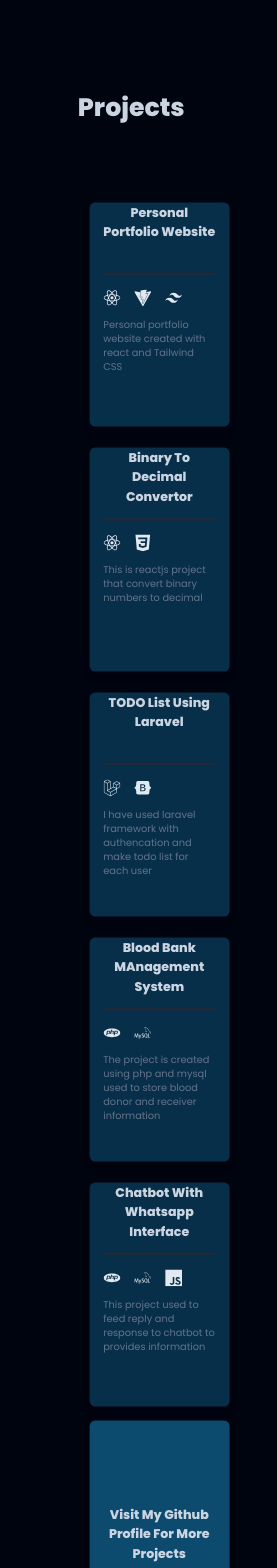
Repository: sibi24sibi/MyPersonalPortfolio
Page: /
An editor plug-in stored every save of this project. The page is shown before and after the next save, followed by the edit.
The browser window is 375 px wide. The page is 395 px wide, so the pictures cover 395 px, including what lies to the right of the window. The pictures show the part of the page from y = 1938 to 4178 px (the page is 5396 px tall), at 70% of full size.
The project was rebuilt for these pictures with package versions that can differ from the ones it lists, and the page was loaded fresh each time. Also part of the build but not shown: vite.config.js, src/components/Menu.jsx, src/components/Footer.jsx.

Above is the page before, as saved 2024-05-03 20:24:34.

### index.html
<!DOCTYPE html>
<html lang="en">

<head>
  <meta charset="UTF-8" />
  <link rel="icon" type="image/svg+xml" href="" />
  <meta name="viewport" content="width=device-width, initial-scale=1 , maximum-scale=1 ,user-scalable=no" />
  <title>
    Personal Portfolio
  </title>
</head>

<body className="darkMode">
  <div id="root" className="px-5 w-screen"></div>
  <script type="module" src="/src/main.jsx"></script>
</body>

</html>

### src/index.css
@import url('https://fonts.googleapis.com/css2?family=Poppins:wght@300;400;500;600;800&display=swap');
@tailwind base;
@tailwind components;
@tailwind utilities;

html {
    @apply overflow-x-hidden scroll-smooth
}

body {

    @apply dark:bg-[#00040f] bg-[#e2e2e2ab]
}

### src/App.jsx
import Navbar from "./components/Navbar";
import About from "./components/About";

import Education from "./components/Education";
import Projects from "./components/Projects";
import Skills from "./components/Skills";

import HashLoader from "react-spinners/HashLoader";
import CTA from "./components/CTA";
import MyEmailLayout from "./components/email";
import Footer from "./components/Footer";


import { useState, useEffect } from "react";

const override = {
  display: "flex",
  justifyContent: "center",
  alignItems: "center",
  marginTop: "5rem",
  borderColor: "red",
};

const App = () => {
  const [loading, setLoading] = useState(true);

  useEffect(() => {
    setLoading(true);
    setTimeout(() => {
      setLoading(false);
    }, 3000);
  }, []);
  return (
    <>
      {loading ? (
        <div className="flex h-screen w-screen justify-center items-center bg-[#00040f] ">
          <HashLoader
            color="#0891b2"
            loading={loading}
            cssOverride={override}
            size={90}
            aria-label="Loading Spinner"
            data-testid="loader"
          />
        </div>
      ) : (
        <div className=" flex flex-col justify-center items-center">
          <Navbar></Navbar>
          <About></About>
          <Skills></Skills>
          <Education></Education>
          <Projects></Projects>
          <CTA></CTA>
          <MyEmailLayout></MyEmailLayout>
          {/* <Footer></Footer> */}
        </div>
      )}
    </>
  );
};
export default App;

### src/components/Navbar.jsx
import { CgMenuRightAlt } from "react-icons/cg";
import { HiSun, HiMoon } from "react-icons/hi";
import { useState, useEffect } from "react";
import Menu from "./Menu";

const Navbar = () => {
  const [nav, setNav] = useState(false);

  const [theme, setTheme] = useState("light");

  useEffect(() => {
    if (theme === "dark") {
      document.documentElement.classList.remove("dark");
    } else {
      document.documentElement.classList.add("dark");
    }
  }, [theme]);

  const handleTheme = () => {
    setTheme(theme === "dark" ? "light" : "dark");
  };

  return (
    <>
      <section className="NAVBAR sticky top-0 backdrop-blur-[5px] z-10 pt-5  translate-x-[20px] min-w-full mt-5 font-['Poppins']  max-sm:p-2 max-sm:mx-1 max-sm:max-h-[48px] ">
        <div className="flex  justify-between capitalize md:ml-9 sm:ml-2">
          <div className="LOGO ">
            <a
              href="#"
              className="text-3xl bg-gradient-to-r from-blue-600 to-cyan-600 bg-clip-text text-transparent dark:text-cyan-500 max-sm:text-2xl"
            >
              {"Portfolio"}
            </a>
          </div>
          <div className="NAVLINKS min-w-full pr-9 text-[20px] translate-x-[-160px]  max-sm:hidden flex justify-end gap-12 text-[#00040f] dark:text-[#e1e1e1] ">
            <a href="#about" className=" hover:text-cyan-500">
              Home
            </a>
            <a href="#experience" className="hover:text-cyan-500">
              Experience
            </a>
            {/* <a href="#education" className="hover:text-cyan-500 ">
              Education
            </a> */}
            <a href="#projects" className="hover:text-cyan-500 ">
              Projects
            </a>
            <a href="#contact" className="hover:text-cyan-500 ">
              Contact
            </a>

            <button onClick={handleTheme}>
              {theme === "dark" ? (
                <HiMoon className="-translate-y-1 text-2xl" />
              ) : (
                <HiSun className="-translate-y-1 text-2xl" />
              )}
            </button>

            </div>
            </div>
          <button onClick={() => setNav(!nav)}>
            <CgMenuRightAlt className="hidden max-sm:block mr-5   absolute top-2  right-10 md:transform-none text-[#00040f] dark:text-[#e1e1e1] text-[32px]" />
          </button>


        {nav && <Menu />}

      </section>



    </>
  );
};
export default Navbar;

### src/components/About.jsx
import Lottie from "lottie-react";
import computer from "../assets/lottie/computer.json";

const About = () => {
  return (
    <>
      <section
        id="about"
        className="p-5 mx-2 mb-10 font-medium font-['Poppins'] max-w-6xl max-sm:p-2 max-sm:mx-5"
      >
        <div className="WRAPPER mt-12 flex justify-between max-sm:flex-col gap-35">
        <div className="INTRO text-[70px] leading-[80px] font-semibold max-sm:text-[40px] max-sm:leading-[70px] max-sm:font-semibold">
            <h3 className="text-[#00040f] dark:text-white">
              Hi, there! <br />I am
            </h3>
            <span className="bg-clip-text text-transparent bg-gradient-to-r  from-blue-600 to-cyan-600 dark:from-cyan-500 dark:to-slate-200">
             Sibi Chakraborthy.

            </span>

            <p className="ABOUT h-[100px] text-xl max-sm:text-[15px] bg-clip-text text-transparent  bg-gradient-to-r  from-[#00040f] to-slate-500 dark:from-slate-500 dark:to-slate-200 max-w-[470px] mt-5 pl-1">
            Design is not just what it looks like and feels like. Design is how it works.
            </p>
          </div>
        <div className="div">
          <Lottie
            animationData={computer}
            loop={true}
            className="max-w-[650px] "
          />
          </div>
        </div>
      </section>
    </>
  );
};
export default About;

### src/components/Education.jsx
import Lottie from "lottie-react";
import education from "../assets/lottie/education.json";
import SAEC from "../assets/SAEC.png";
import AOS from "aos";

import { useEffect } from "react";

const Education = () => {
  useEffect(() => {
    AOS.init();
  }, []);
  return (
    <section
      id="education"
      className="EXPERIENCE max-w-6xl p-5 mx-20 mb-25 font-['Poppins']  max-sm:p-2 max-sm:mx-5"
    >
      <div className="WRAPPER mt-10">
        <h1 className="text-[#00040f] dark:text-slate-300 text-center font-extrabold text-5xl mb-5 max-sm:text-4xl   ">
          Education
        </h1>

        <div
          className="EDUCATION flex gap-7 justify-between flex-row-reverse max-sm:flex-col"
          data-aos="fade-right"
        >
          <div className="max-w-[520px] mt-[52px] p-7 max-sm:p-3">
            <div className="flex gap-5">
              <img
                src={SAEC}
                alt="SAEC"
                className="w-[150px] h-[100px]"
              />
              <h1 className="bg-clip-text text-transparent bg-gradient-to-r max-sm:text-[17px] from-amber-500 via-orange-600 to-yellow-500 dark:from-[#ff6600] dark:to-slate-100 font-semibold text-2xl w-[300px] h-[100px] tracking-wider ">
                Syed Ammal engineering college
              </h1>
            </div>

            <div className="mt-7 flex flex-col gap-5 text-left pl-4">
              <h3 className="capitalize  text-slate-800 dark:text-slate-300 text-xl max-sm:text-lg">
                Bachelor of technology
              </h3>
              <p className="italic capitalize text-gray-500 dark:text-slate-500 text-xl max-sm:text-lg leading-9">
                November 2020 - May 2024
              </p>

              <p className="capitalize text-gray-500 dark:text-slate-500 text-xl max-sm:text-lg leading-9">
                Computer Science and Engineering
              </p>
            </div>
          </div>
          <Lottie
            animationData={education}
            loop={true}
            className="max-w-[500px]"
          />
        </div>
      </div>
    </section>
  );
};
export default Education;

### src/components/Projects.jsx
import Project_prop from "./Project_prop";
import {
  GPT4,
  Portfolio,
  Rocket,
  WellBeing,
  Game,
} from "../constants/Constant";
import Tooltip from "@mui/material/Tooltip";
import IconButton from "@mui/material/IconButton";
import AOS from "aos";
import "aos/dist/aos.css";
import { useEffect } from "react";
import {
  SiReact,
  SiTailwindcss,
  SiVite,
  SiHtml5,
  SiCss3,
  SiJavascript,
  SiLaravel,
  SiBootstrap,
  SiPhp,
  SiWordpress,
  SiMysql,
} from "react-icons/si";

const Projects = () => {
  useEffect(() => {
    AOS.init();
  }, []);
  return (

<>

<section
      id="projects"
      className="EXPERIENCE p-5 mx-5 min-h-screen font-['Poppins']   max-sm:p-2 max-sm:mx-5"
    >
<h1 className="text-[#00040f] dark:text-slate-300 text-center font-extrabold text-5xl mb-24  max-sm:text-4xl  ">
          Projects
</h1>
<div className="container flex justify-center flex-col md:flex-row">


<Project_prop
            title="Personal Portfolio Website"
            para="Personal portfolio website created with react and Tailwind CSS"
            img={Portfolio}
            link=""
            github_link=""
            react={
              <Tooltip title="React" arrow>
                <IconButton>
                  <SiReact className="dark:text-slate-200 text-black" />
                </IconButton>
              </Tooltip>
            }
            tailwindcss={
              <Tooltip title="TailWind CSS" arrow>
                <IconButton>
                  <SiTailwindcss className=" dark:text-slate-200 text-black" />
                </IconButton>
              </Tooltip>
            }
            vite={
              <Tooltip title="Vite" arrow>
                <IconButton>
                  <SiVite className=" dark:text-slate-200 text-black" />
                </IconButton>
              </Tooltip>
            }


  />
<Project_prop
            title="Binary to decimal convertor"
            para="This is reactjs project that convert binary numbers to decimal"
            img={Portfolio}
            link=""
            github_link=""
            react={
              <Tooltip title="React" arrow>
                <IconButton>
                  <SiReact className="dark:text-slate-200 text-black" />
                </IconButton>
              </Tooltip>
            }
            css3={
              <Tooltip title="React" arrow>
                <IconButton>
                  <SiCss3 className="dark:text-slate-200 text-black" />
                </IconButton>
              </Tooltip>
            }
  />


<Project_prop
            title="TODO List using Laravel"
            para="I have used laravel framework with authencation and make todo list for each user"
            img={Portfolio}
            link=""
            github_link=""
            laravel={
              <Tooltip title="Laravel" arrow>
                <IconButton>
                  <SiLaravel className=" dark:text-slate-200 text-black" />
                </IconButton>
              </Tooltip>
            }
            bootstrap={
              <Tooltip title="Bootstrap" arrow>
                <IconButton>
                  <SiBootstrap className=" dark:text-slate-200 text-black" />
                </IconButton>
              </Tooltip>
            }

  />
  <Project_prop
            title="Blood Bank MAnagement System"
            para="The project is created using php and mysql used to store blood donor and receiver information"
            img={Portfolio}
            link=""
            github_link=""
            php={
              <Tooltip title="PHP" arrow>
                <IconButton>
                  <SiPhp className=" dark:text-slate-200 text-black" />
                </IconButton>
              </Tooltip>
            }
            mysql={
              <Tooltip title="Mysql" arrow>
                <IconButton>
                  <SiMysql className=" dark:text-slate-200 text-black" />
                </IconButton>
              </Tooltip>
            }

  />
  <Project_prop
            title="Chatbot with Whatsapp interface"
            para="This project used to feed reply and response to chatbot to provides information"
            img={Portfolio}
            link=""
            github_link=""
            php={
              <Tooltip title="PHP" arrow>
                <IconButton>
                  <SiPhp className=" dark:text-slate-200 text-black" />
                </IconButton>
              </Tooltip>
            }
            mysql={
              <Tooltip title="Mysql" arrow>
                <IconButton>
                  <SiMysql className=" dark:text-slate-200 text-black" />
                </IconButton>
              </Tooltip>
            }
            javascript={
              <Tooltip title="JavaScript" arrow>
                <IconButton>
                  <SiJavascript className=" dark:text-slate-200 text-black" />
                </IconButton>
              </Tooltip>
            }
  />
  <div className="card flex bg-blue-200 dark:bg-sky-900 rounded-lg shadow-lg items-center justify-center ">
        <h3
        className=" title capitalize font-bold h-20 text-slate-800 dark:text-slate-300 text-xl max-sm:text-lg m-5 text-center "
        >
          Visit my Github Profile for more projects
        </h3>

  </div>

  </div>
</section>

</>



  );
};
export default Projects;

### src/components/Skills.jsx
import {
  HTML,
  CSS,
  Github,
  Git,
  Vite,
  TailwindCSS,
  react,
  Python,
  Javascript,
  CPP,
  C,
  Vue,
  nodejs
} from "../constants/Constant";

import AOS from "aos";
import "aos/dist/aos.css";
import { useEffect } from "react";
import Image from "./Img_prop";

const Skills = () => {
  useEffect(() => {
    AOS.init();
  }, []);
  return (
    <>
      <section className="EXPERIENCE p-5  mb-10 max-w-6xl  font-['Poppins']  max-sm:p-2 max-sm:mx-5">
        <div>
        <h1 className="text-[#00040f] dark:text-slate-300 font-extrabold text-5xl text-center max-sm:text-4xl ">
          SKILLS
        </h1>
        </div>
        <div
          className=" grid place-content-start  grid-cols-3 gap-4 max-sm:p-2 mt-10"
          data-aos="zoom-out-up"
        >
          <Image img={HTML}></Image>
          <Image img={CSS}></Image>
          <Image img={Javascript}></Image>
          <Image img={react}></Image>
          <Image img={TailwindCSS}></Image>
          {/* <Image img={Vue}></Image>
          <Image img={CPP}></Image>
          <Image img={C}></Image> */}
          <Image img={Python}></Image>
          {/* <Image img={Vite}></Image> */}
          <Image img={Git}></Image>
          <Image img={Github}></Image>
          <Image img={nodejs}></Image>
        </div>
      </section>
    </>
  );
};
export default Skills;

### src/components/CTA.jsx
function CTA() {
  const resumeLink = "/Sibi-Chakraborthy-V.pdf";
  return (
    <div id="resume" className="pt-36 max-w-6xl resume relative w-full flex justify-center ">

      <div className="pt-14 mx-20 pb-40">
        <h2 className="text-4xl md:text-5xl max-sm:text-[35px] max-sm:leading-[60px] font-bold mb-10 text-[#00040f] dark:text-white text-center">
          Need to know about me more
        </h2>
        <div className="flex justify-center ">
        <a
          href={resumeLink}
          className="cursor-pointer font-bold whitespace-nowrap
        mt-6 px-8 py-3 dark:text-[#e1e1e1] border-2 rounded-full border-[#808080]  bg-bg hover:bg-fun-pink hover:border-fun-pink transition-colors inline-flex items-center"
        >
          <svg class="fill-current w-4 h-4 mr-2" xmlns="http://www.w3.org/2000/svg" viewBox="0 0 20 20"><path d="M13 8V2H7v6H2l8 8 8-8h-5zM0 18h20v2H0v-2z"/></svg>
          <span>Resume</span>

        </a>

        </div>
      </div>


    </div>
  );
}

export default CTA;

### src/components/email.jsx
import React, { useRef, useEffect } from "react";
import emailjs from '@emailjs/browser';



const MyEmailLayout = () => {
  const form = useRef();

  useEffect(() => {
    // Initialize emailjs
    emailjs.init('-fw29uVaf1UZJqOVT');
  }, []);

  const sendEmail = (e) => {
    e.preventDefault();

    emailjs

      .sendForm('service_hgvjibu', 'template_f9rmzk9', form.current)
      .then(
        () => {
          alert('Email sent successfully!');
        },
        (error) => {
          alert('Failed to send email. Please try again later.');
          console.error('Email Error:', error);
        }
      );
  };

  return (
    <div   className="mb-20 max-w-6xl" id="contact">

      <div className=" mx-10 max-sm:mx-5 ">
      <div className="div">
      <h1 className="text-2xl dark:text-[#e1e1e1] font-bold mb-4 ">SEND ME A EMAIL</h1>
      </div>
      <form ref={form} onSubmit={sendEmail}>
        <div className="grid  grid-cols-2 gap-4 flex justify-center">
          <div>
            <label htmlFor="name" className="dark:text-[#e1e1e1]">Name</label>
            <input
              type="text"
              id="name"
              name="user_name"
              className="px-3 py-2 placeholder-gray-400 text-gray-600 relative dark:bg-slate-300 bg-stone-300 rounded text-sm border-0 shadow outline-none focus:outline-none focus:ring  w-full"
            />
          </div>
          <div>
            <label htmlFor="email" className="dark:text-[#e1e1e1]">Email</label>
            <input
              type="email"
              id="email"
              name="user_email"
              className="px-3 py-2 placeholder-gray-400 text-gray-600 relative dark:bg-slate-300 bg-stone-300 rounded text-sm border-0 shadow outline-none focus:outline-none focus:ring w-full"
            />
          </div>
        </div>
        <label htmlFor="message" className="dark:text-[#e1e1e1]">Message</label>
        <textarea
          placeholder=""
          name="message"
          className="px-3 py-2 placeholder-gray-400 text-gray-600 relative dark:bg-slate-300 bg-stone-300 rounded text-sm border-0 shadow outline-none focus:outline-none focus:ring h-40 w-full "
        ></textarea>
        <button
          type="submit"
          className="bg-blue-500 rounded-full text-white px-4 py-2 mt-4 float-right"
          value="Send"
        >
          Send Email
        </button>
      </form>
      </div>
    </div>
  );
};

export default MyEmailLayout;

### src/components/Project_prop.jsx
/* eslint-disable react/prop-types */

import "./proj_style.css";


const Project_prop = (props) => {
  return (
    <>


    <div className="proj-area ">
      <div className="card bg-blue-100 dark:bg-sky-950 rounded-lg shadow-lg aspect-w-16 aspect-h-9 ">
        <h3
        className="title capitalize font-bold h-20 text-slate-800 dark:text-slate-300 text-xl max-sm:text-lg m-5 text-center"
        >
          {props.title}
        </h3>
            <div className="bar h-1 min-w-40 dark:bg-gray-800  bg-slate-600  mx-5"></div>
        <div className="flex gap-1 ml-3 mt-3 ">
                {props.react}
                {props.vite}
                {props.html5}
                {props.css3}
                {props.php}
                {props.mysql}
                {props.javascript}
                {props.tailwindcss}
                {props.laravel}
                {props.bootstrap}
                {props.wordpress}

        </div>
        <p className="dark:text-slate-500 mt-2 text-sm px-5  select-none">
          {props.para}
        </p>
      </div>
    </div>



    </>
  );
};
export default Project_prop;

### src/constants/Constant.jsx
import C from "../assets/C.png";
import CPP from "../assets/CPP.png";
import HTML from "../assets/HTML.png";
import Github from "../assets/Github.png";
import CSS from "../assets/CSS.png";
import Python from "../assets/Python.png";
import Javascript from "../assets/Javascript.png";
import Git from "../assets/Git.png";
import Vite from "../assets/Vite.png";
import TailwindCSS from "../assets/TailwindCSS.png";
import react from "../assets/react.png";
import Vue from "../assets/vue.png";
import nodejs from "../assets/nodejs.png";

import Hackthechain from "../assets/HackTheChainLogo.png";
import GSSOC from "../assets/GSSoc.jpg";
import IITB from "../assets/IITB.png";
import Sports from "../assets/Sports_Club.png";
import IIITians from "../assets/IIITians_Network.png";
import GDSC from "../assets/GDSC.png";
import KDE from "../assets/kde.png";
import Oppia from "../assets/oppia.png";

import GPT4 from "../assets/gpt4.jpg";
import Portfolio from "../assets/portfolio.jpg";
import Rocket from "../assets/Rocket.jpg";
import Game from "../assets/Stone.jpg";
import WellBeing from "../assets/well-being.jpg";

export {
  C,
  CPP,
  HTML,
  CSS,
  Github,
  Git,
  Vite,
  TailwindCSS,
  react ,
  Python,
  Javascript,
  Vue,
  Hackthechain,
  GSSOC,
  IITB,
  Sports,
  IIITians,
  GPT4,
  Portfolio,
  Rocket,
  WellBeing,
  Game,
  GDSC,
  KDE,
  nodejs,
  Oppia,
};

### src/components/Img_prop.jsx
const Img_prop = ({ img }) => {
  return (
    <>
      <div className="mr-60 w-[100px] max-sm:w-[75px] h-[100px] max-sm:h-[75px] shadow-xl shadow-slate-300 dark:shadow-lg dark:shadow-blue-500/50 bg-gradient-to-bl from-[#ccc] to-[#eee] dark:from-[#051937] dark:to-[#222] rounded-full place-content-center grid translate-x-[100px] max-sm:translate-x-1">
        <img src={img} alt="html" className="max-sm:h-[45px] h-[55px] " />
      </div>
    </>
  );
};
export default Img_prop;

### src/components/proj_style.css



  .card {
    position: relative;
    left: 0px;
    width: 200px;
    height: fit-content;
    min-height: 320px;
    padding-bottom: 10px;
  }

  .card:not(:first-child) {
      margin-left: -50px;
  }

  .card:hover {
    transform: translateY(-20px);
    transition: 0.4s ease-out;
  }

  .card:hover ~ .card {
    position: relative;
    left: 50px;
    transition: 0.4s ease-out;
  }

@media only screen and (max-width: 600px) {

  .card {
    position:relative;
    left:40px;
    padding-bottom:unset;
    top: 0px;
    margin:10px;
    padding-bottom:unset;
  }
  .card:hover {
    transform:unset ;
    transition:unset;
    margin-left:unset;
  }
  .card:not(:first-child) {
    margin-left:auto;
  }
  .card:hover ~ .card {
    position:unset;
    left:unset;
    transition:unset;
  }
}

Loaded but not shown: src/main.jsx (common file); src/assets/lottie/computer.json (common file); src/assets/lottie/Education.json (common file); tailwind.config.js (common file)

After the next save:
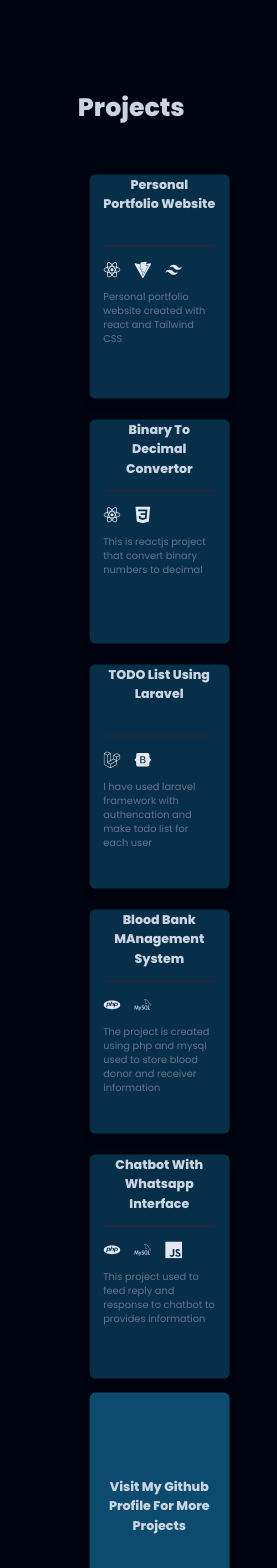
Saved 31 s later.
--- a/src/components/proj_style.css
+++ b/src/components/proj_style.css
@@ -31,7 +31,7 @@
     position:relative;
     left:40px;
     padding-bottom:unset;
-    top: 0px;
+    top: -40px;
     margin:10px;
     padding-bottom:unset;
   }
